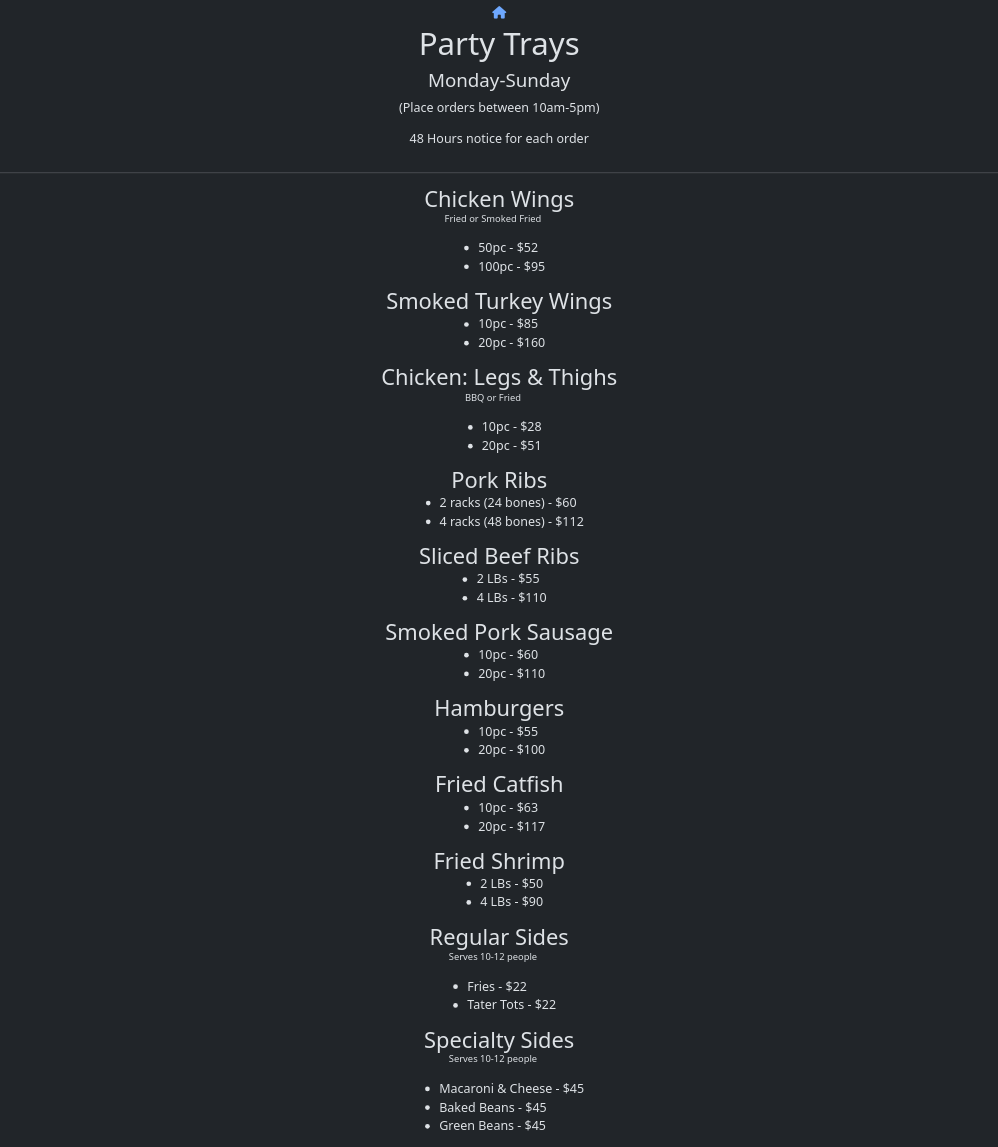
Repository: dukedward/smokehousemenu
Page: trays/index.html
These files come from the project's save history. The page is drawn as it stood at one moment and after the next save; the edit follows.
The browser window is 1280 px wide. The pictures show the whole page, at 78% of full size.
Some web libraries are served in a nearby version.

Above is the page before, as saved 2023-03-01 13:38:55.

After the next save:
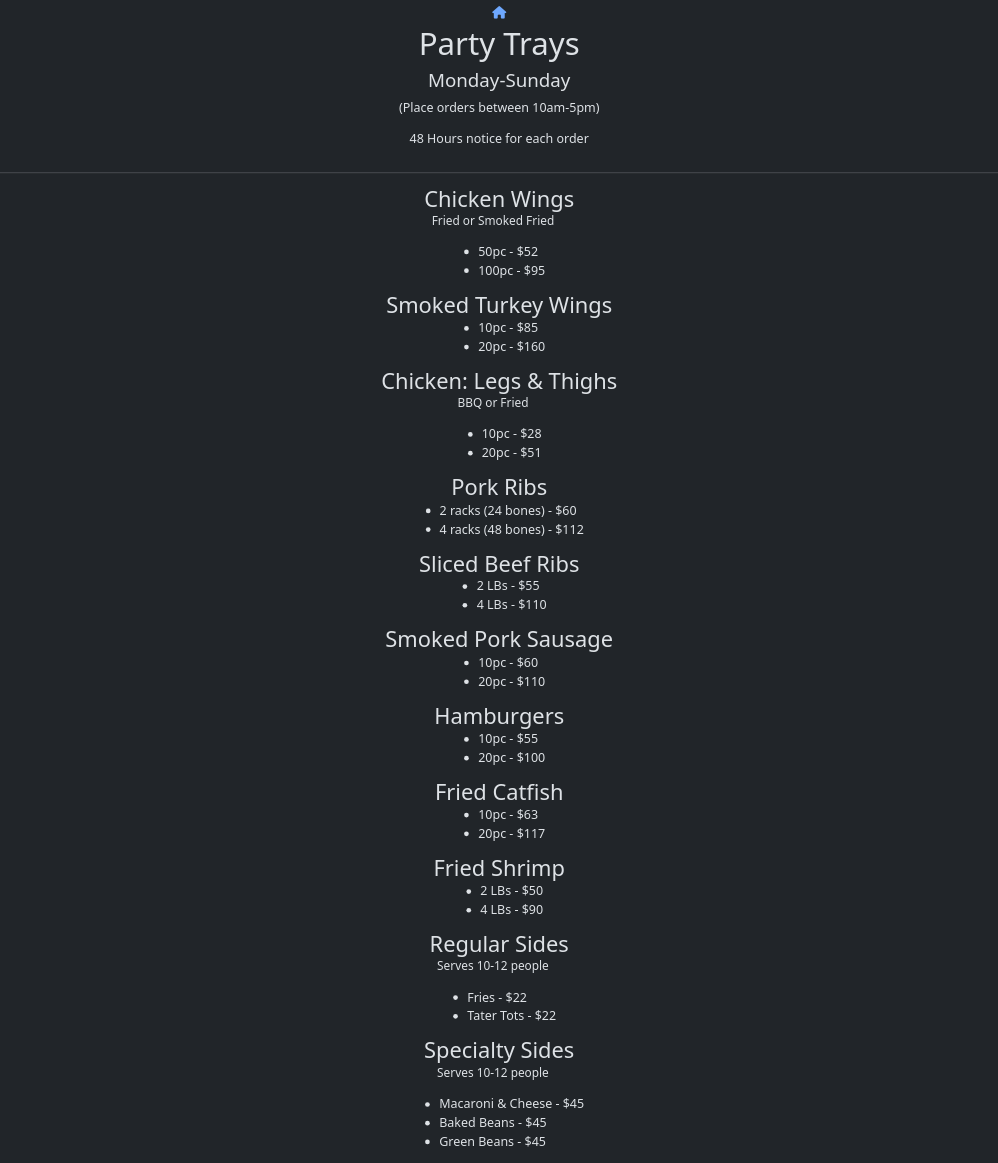
Saved 8 s later.
--- a/style.css
+++ b/style.css
@@ -32,5 +32,5 @@
 
 .desc p {
     padding-right: 1rem;
-    font-size: .75rem;
+    font-size: .95rem;
 }
